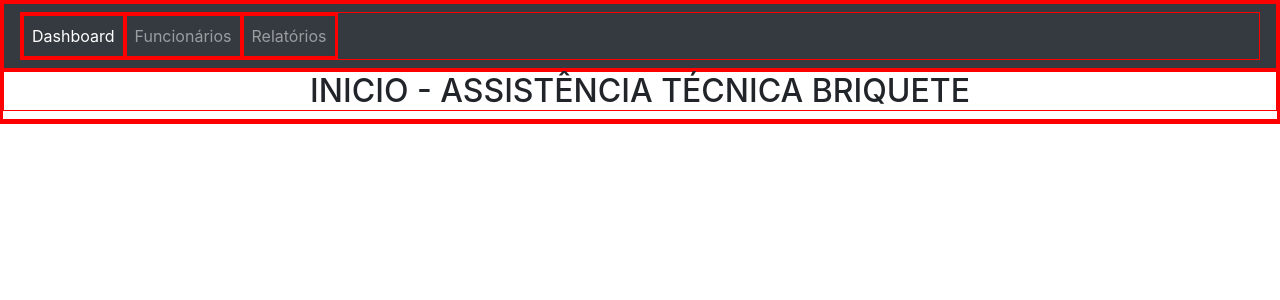
Repository: gabrielfeliphe/AssistenciaTecnica
Page: PI-AssistenciaTecnica/WebContent/pages/adm/index.html
The author's editor kept a copy of each file at every save. The page is drawn from the files as they stood at one save, then again after the next save.
The browser window is 1280 px wide. The pictures show the whole page.
Some web libraries are served in a nearby version.

Above is the page before, as saved 2021-10-12 06:41:51.

After the next save:
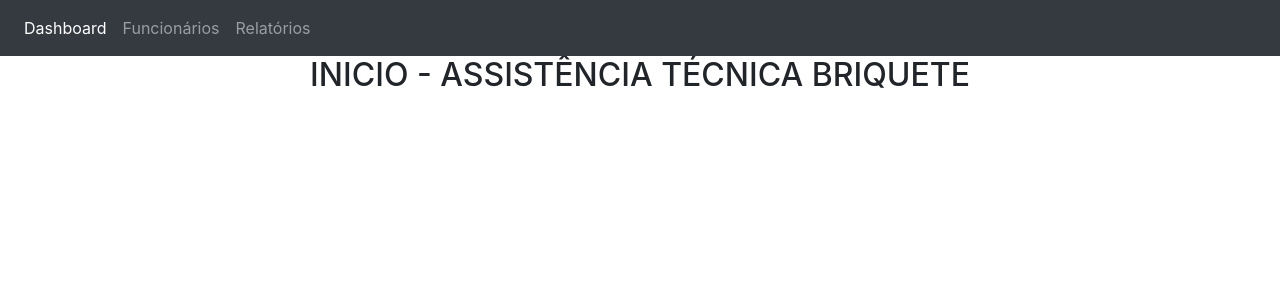
Saved 4 s later.
--- a/PI-AssistenciaTecnica/WebContent/css/admin.css
+++ b/PI-AssistenciaTecnica/WebContent/css/admin.css
@@ -1,9 +1,5 @@
 @charset "UTF-8";
 
-
-*{
-	border: 1px solid red;
-}
 
 .form-group{
 
